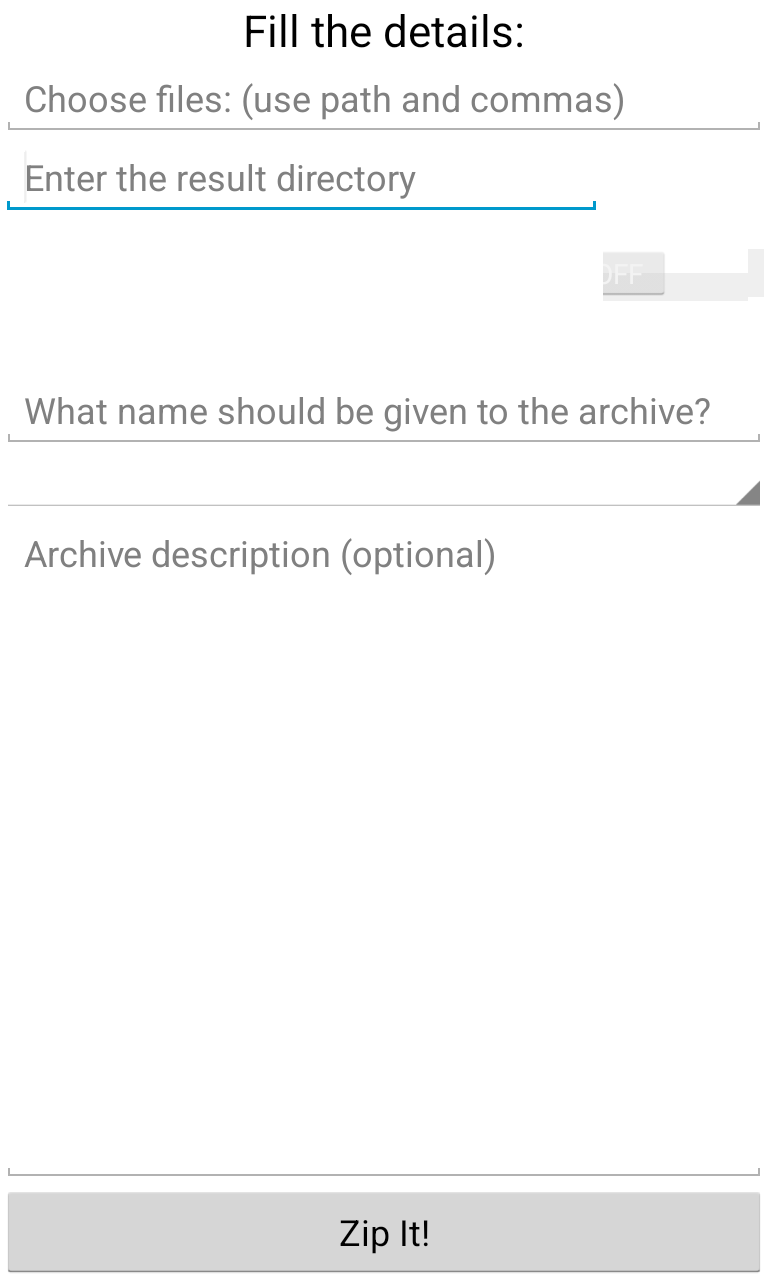
Repository: ya-ivanov/Android-Projects
Layout: Android Projects (OLD)/Zip It!/ZipIt/res/layout/activity_main.xml
These files come from the project's save history. The layout is drawn as it stood at one moment and after the next save; the edit follows.
It is drawn on a 768 x 1280 px phone screen (xhdpi) without system bars, with theme AppTheme; the app's code is not run.

Above is the layout before, as saved 2013-12-11 20:45:50.

### Android Projects (OLD)/Zip It!/ZipIt/res/layout/activity_main.xml
<LinearLayout xmlns:android="http://schemas.android.com/apk/res/android"
    android:layout_width="fill_parent"
    android:layout_height="fill_parent"
    android:orientation="vertical" >

    <TextView
        android:id="@+id/textView1"
        android:layout_width="match_parent"
        android:layout_height="wrap_content"
        android:gravity="center_horizontal"
        android:text="Fill the details:"
        android:textAppearance="?android:attr/textAppearanceLarge" />

    <EditText
        android:id="@+id/files"
        android:layout_width="match_parent"
        android:layout_height="wrap_content"
        android:ems="10"
        android:hint="Choose files: (use path and commas)"
        android:singleLine="true">
    </EditText>

    <LinearLayout
        android:layout_width="match_parent"
        android:layout_height="wrap_content" >

        <EditText
            android:id="@+id/endDir"
            android:layout_width="match_parent"
            android:layout_height="wrap_content"
            android:layout_weight="1"
            android:ems="10"
            android:hint="Enter the result directory"
            android:singleLine="true" >

            <requestFocus />
        </EditText>

        <Switch
            android:id="@+id/switch1"
            android:layout_width="wrap_content"
            android:layout_height="wrap_content"
            android:layout_weight="1"
            android:text="Switch" />

    </LinearLayout>

    <EditText
        android:id="@+id/archiveName"
        android:layout_width="match_parent"
        android:layout_height="wrap_content"
        android:ems="10"
        android:hint="What name should be given to the archive?"
         android:singleLine="true">
    </EditText>

    <Spinner
        android:id="@+id/spinner"
        android:layout_width="fill_parent"
        android:layout_height="wrap_content" />

    <EditText
        android:id="@+id/editText1"
        android:layout_width="match_parent"
        android:layout_height="wrap_content"
        android:layout_weight="1"
        android:ems="10"
        android:hint="Archive description (optional)"
        android:gravity="top" >

    </EditText>

    <Button
        android:id="@+id/button1"
        android:layout_width="match_parent"
        android:layout_height="wrap_content"
        android:text="Zip It!" />

</LinearLayout>

Loaded but not shown: Android Projects (OLD)/Zip It!/ZipIt/res/values/styles.xml (common file); Android Projects (OLD)/Zip It!/ZipIt/res/values-v11/styles.xml (common file); Android Projects (OLD)/Zip It!/ZipIt/res/values-v14/styles.xml (common file)

After the next save:
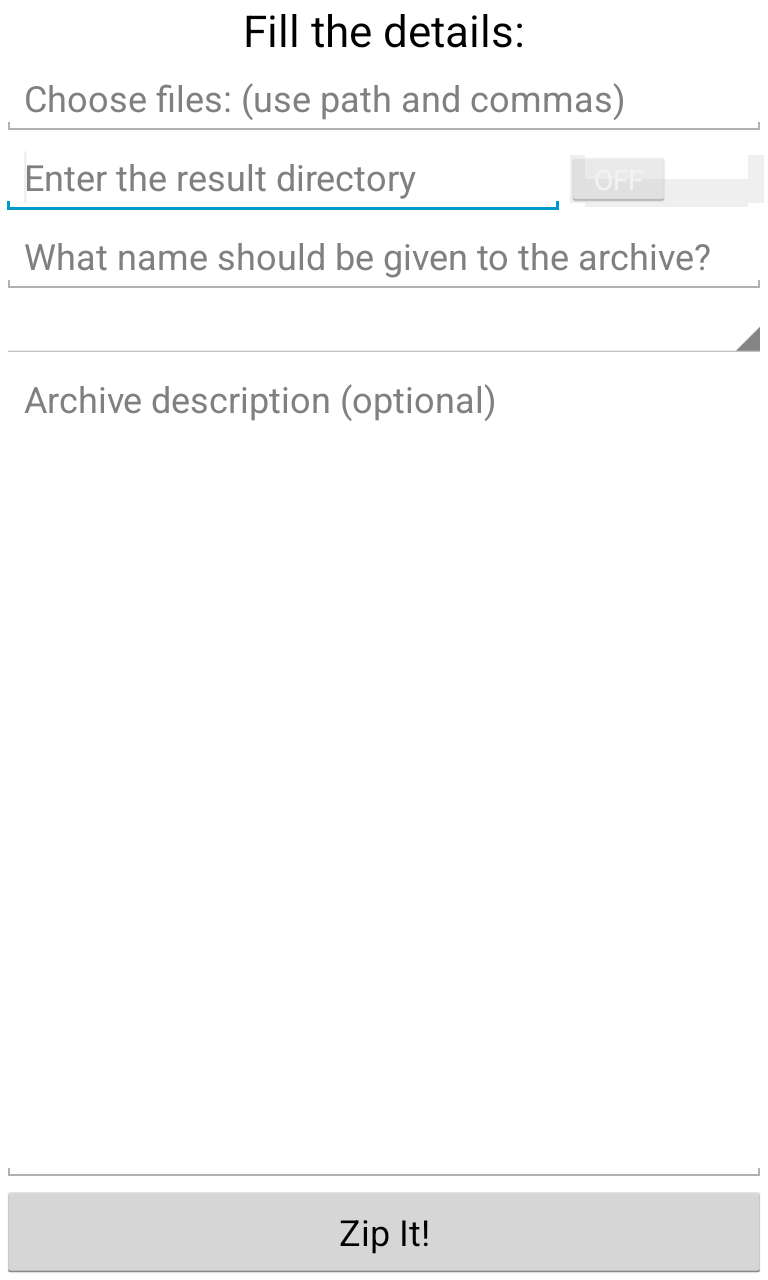
Saved 25 s later.
--- a/Android Projects (OLD)/Zip It!/ZipIt/res/layout/activity_main.xml
+++ b/Android Projects (OLD)/Zip It!/ZipIt/res/layout/activity_main.xml
@@ -40,8 +40,7 @@
             android:id="@+id/switch1"
             android:layout_width="wrap_content"
             android:layout_height="wrap_content"
-            android:layout_weight="1"
-            android:text="Switch" />
+            android:text="" />
 
     </LinearLayout>
 
